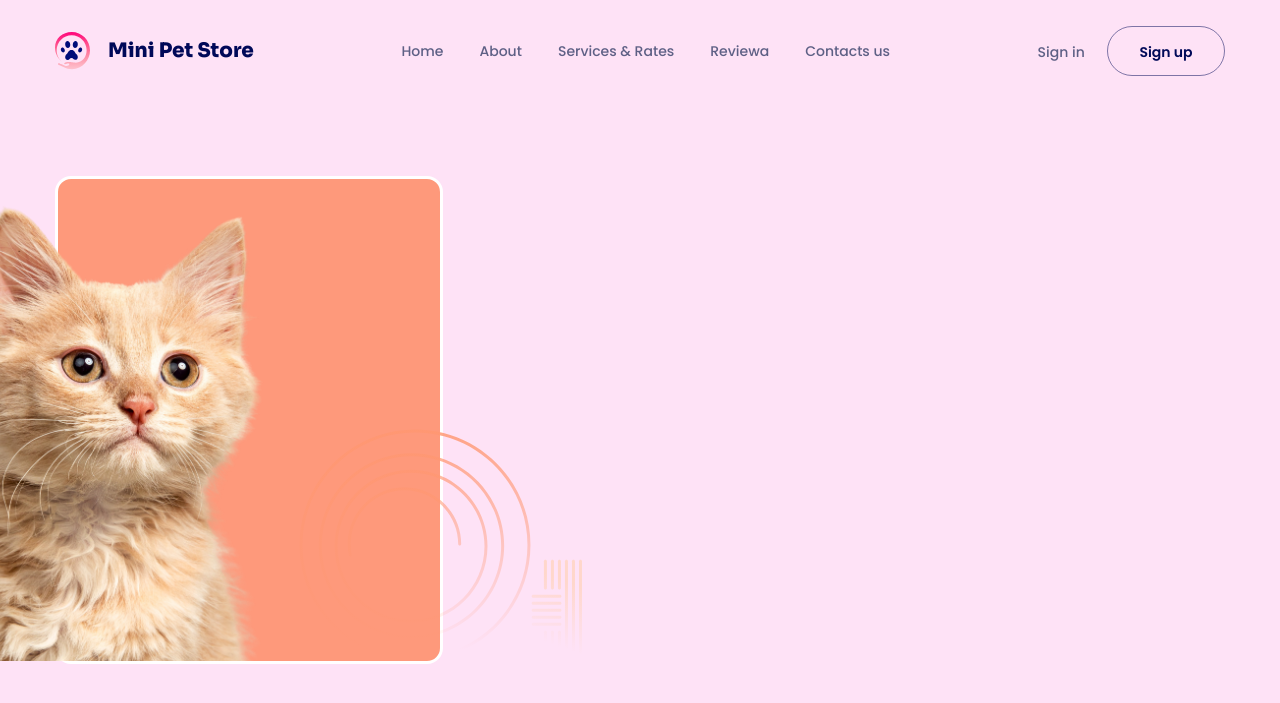
Repository: Tran-Dat/ASM-HTML5-F8-04
Page: index.html
An editor plug-in stored every save of this project. The page is shown before and after the next save, followed by the edit.
The browser window is 1280 px wide. The pictures show the whole page.

Above is the page before, as saved 2023-06-12 15:58:53.

### index.html
<!DOCTYPE html>
<html lang="en">
    <head>
        <meta charset="UTF-8" />
        <meta name="viewport" content="width=device-width, initial-scale=1.0" />
        <title>PS27621-TranTanDat-ASM</title>

        <!-- favicon -->
        <link
            rel="apple-touch-icon"
            sizes="57x57"
            href="./assets/favicon/apple-icon-57x57.png"
        />
        <link
            rel="apple-touch-icon"
            sizes="60x60"
            href="./assets/favicon/apple-icon-60x60.png"
        />
        <link
            rel="apple-touch-icon"
            sizes="72x72"
            href="./assets/favicon/apple-icon-72x72.png"
        />
        <link
            rel="apple-touch-icon"
            sizes="76x76"
            href="./assets/favicon/apple-icon-76x76.png"
        />
        <link
            rel="apple-touch-icon"
            sizes="114x114"
            href="./assets/favicon/apple-icon-114x114.png"
        />
        <link
            rel="apple-touch-icon"
            sizes="120x120"
            href="./assets/favicon/apple-icon-120x120.png"
        />
        <link
            rel="apple-touch-icon"
            sizes="144x144"
            href="./assets/favicon/apple-icon-144x144.png"
        />
        <link
            rel="apple-touch-icon"
            sizes="152x152"
            href="./assets/favicon/apple-icon-152x152.png"
        />
        <link
            rel="apple-touch-icon"
            sizes="180x180"
            href="./assets/favicon/apple-icon-180x180.png"
        />
        <link
            rel="icon"
            type="image/png"
            sizes="192x192"
            href="./assets/favicon/android-icon-192x192.png"
        />
        <link
            rel="icon"
            type="image/png"
            sizes="32x32"
            href="./assets/favicon/favicon-32x32.png"
        />
        <link
            rel="icon"
            type="image/png"
            sizes="96x96"
            href="./assets/favicon/favicon-96x96.png"
        />
        <link
            rel="icon"
            type="image/png"
            sizes="16x16"
            href="./assets/favicon/favicon-16x16.png"
        />
        <link rel="manifest" href="./assets/favicon/manifest.json" />
        <meta name="msapplication-TileColor" content="#ffffff" />
        <meta
            name="msapplication-TileImage"
            content="./assets/favicon/ms-icon-144x144.png"
        />
        <meta name="theme-color" content="#ffffff" />

        <!-- reset css -->
        <link rel="stylesheet" href="./assets/css/reset.css" />

        <!-- Font gg -->
        <link rel="preconnect" href="https://fonts.googleapis.com" />
        <link rel="preconnect" href="https://fonts.gstatic.com" crossorigin />
        <link
            href="https://fonts.googleapis.com/css2?family=Poppins:wght@300;400;500;600&family=Sora:wght@600;700;800&display=swap"
            rel="stylesheet"
        />

        <!-- styles css -->
        <link rel="stylesheet" href="./assets/css/styles.css" />
    </head>
    <body>
        <!-- Header -->
        <header class="header">
            <div class="container">
                <div class="header__inner">
                    <!-- Logo -->
                    <div class="header-logo">
                        <img src="./assets/img/logo.svg" alt="" class="logo" />
                        <h1 class="header-logo__title">
                            <a href="#!">Mini Pet Store</a>
                        </h1>
                    </div>

                    <!-- navbar -->
                    <nav class="navbar">
                        <ul class="navbar__list">
                            <li class="navbar__item">
                                <a href="#" class="navbar__link">Home</a>
                            </li>
                            <li class="navbar__item">
                                <a href="#" class="navbar__link">About</a>
                            </li>
                            <li class="navbar__item">
                                <a href="#" class="navbar__link"
                                    >Services & Rates</a
                                >
                            </li>
                            <li class="navbar__item">
                                <a href="#" class="navbar__link">Reviewa</a>
                            </li>
                            <li class="navbar__item">
                                <a href="#" class="navbar__link">Contacts us</a>
                            </li>
                        </ul>
                    </nav>

                    <!-- header action -->
                    <div class="header-action">
                        <a href="" class="header-action__link">Sign in</a>
                        <a href="" class="btn header-action__btn">Sign up</a>
                    </div>
                </div>
            </div>
        </header>

        <!-- Hero -->
        <section class="hero">
            <div class="container">
                <div class="hero__inner">
                    <!-- hero media -->
                    <div class="hero__media">
                        <div class="hero__img-wrap">
                            <img
                                src="./assets/img/pet-01.png"
                                alt=""
                                class="hero__img"
                            />

                            <!-- Decorators -->
                            <img
                                src="./assets/img/decor-01.svg"
                                alt=""
                                class="hero__decor"
                            />
                            <img
                                src="./assets/img/decor-02.svg"
                                alt=""
                                class="hero__decor"
                            />
                        </div>
                    </div>

                    <!-- hero content -->
                    <section class="hero__content"></section>
                </div>
            </div>
        </section>
    </body>
</html>

### assets/css/styles.css
* {
    box-sizing: border-box;
}

html {
    font-size: 62.5%;
}

body {
    font-size: 1.6rem;
    font-family: "Poppins", sans-serif;
    background: #fee2f6;
}

/* ============================ common ============================ */

a {
    text-decoration: none;
}

h1,
h2,
h3,
h4,
h5,
h6 {
    font-family: "Sora", sans-serif;
}

input,
textarea,
select,
button {
    font-size: inherit;
    font-family: inherit;
}

.container {
    width: 1170px;
    max-width: calc(100% - 48px);
    margin: 0 auto;
}

.btn {
    --height: 56px;

    display: inline-block;
    min-width: 130px;
    height: var(--height);
    line-height: var(--height);
    border: 1px solid #00095880;
    border-radius: 99px;

    font-weight: 600;
    font-size: 1.4rem;

    text-align: center;
    color: #000958;
}

.btn:hover {
    opacity: 0.9;
}

/* =============== Header =============== */

.header {
    padding: 26px 0;
}

.header__inner {
    display: flex;
    align-items: center;
    justify-content: space-between;
}

.header-logo {
    display: flex;
    align-items: center;
}

.header-logo__title a {
    padding: 8px 18px;
    font-weight: 800;
    font-size: 20px;
    color: #000958;
}

.navbar__list {
    display: flex;
}

.navbar__link,
.header-action__link {
    padding: 8px 18px;
    font-weight: 500;
    font-size: 1.4rem;
    line-height: 1;
    color: #5e6085;
}

.navbar__link:hover {
    color: #000958;
    text-shadow: 1px 0 0 currentColor;
}

.header-action__btn {
    --height: 50px;

    min-width: 118px;
}

/* =============== Hero =============== */
.hero {
    margin-top: 74px;
}

.hero__inner {
    display: flex;
    align-items: center;
    justify-content: space-between;
}

.hero__img-wrap {
    position: relative;
    display: flex;
    align-items: flex-end;
    justify-content: center;
    width: 388px;
    height: 488px;
    background: #fe997b;
    border-radius: 16px;
    border: 3px solid #fff;
}

.hero__img {
    max-width: 100%;
    max-height: 100%;
}

Loaded but not shown: assets/css/reset.css (common file)

After the next save:
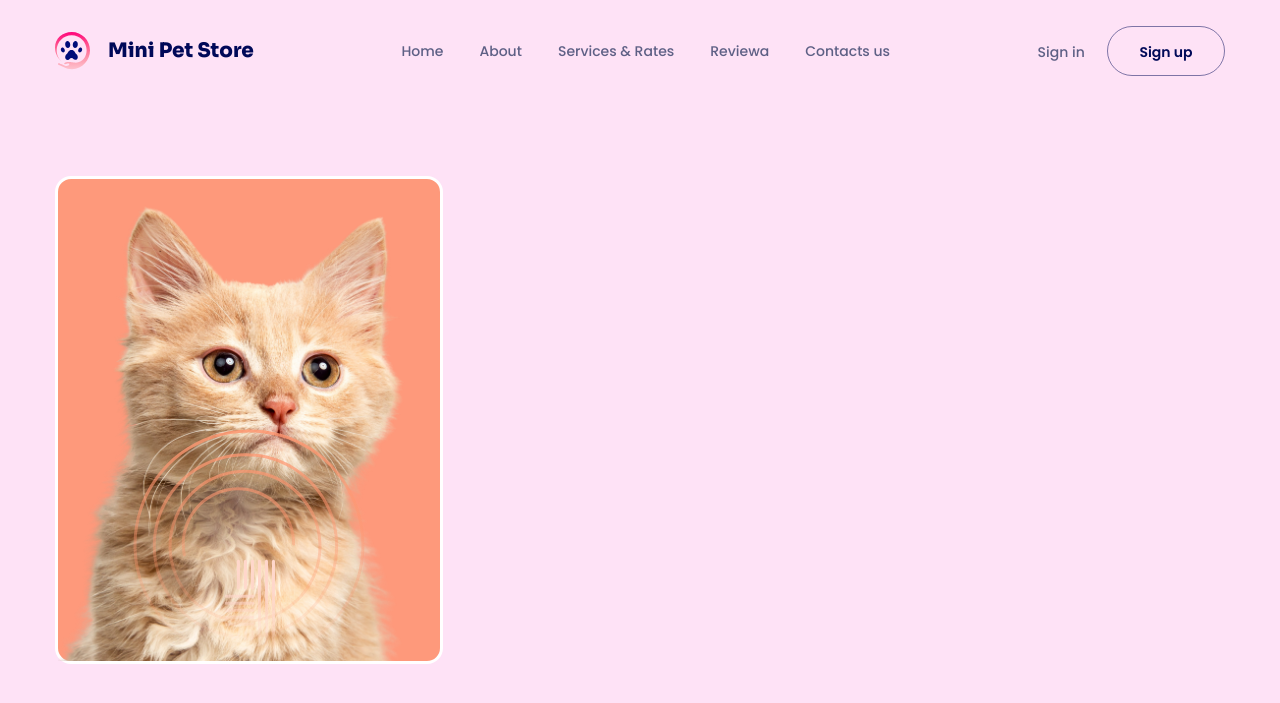
Saved 19 s later.
--- a/assets/css/styles.css
+++ b/assets/css/styles.css
@@ -137,3 +137,7 @@
     max-width: 100%;
     max-height: 100%;
 }
+
+.hero__decor {
+    position: absolute;
+}
